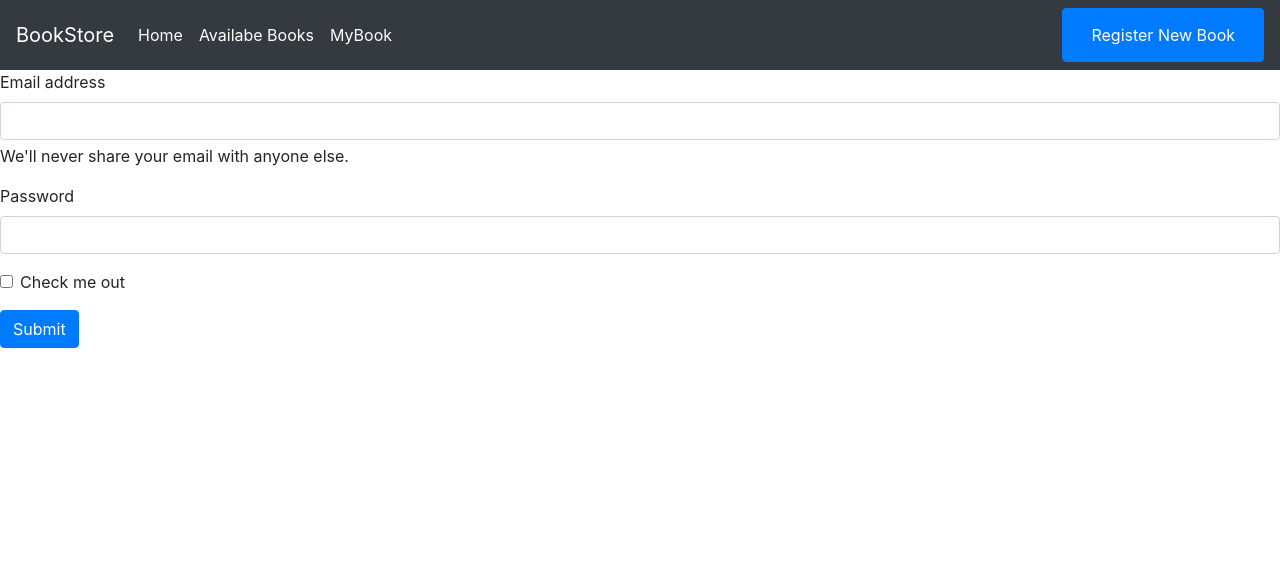
Repository: Sumanta-Sahoo/BookStoreApp
Page: http://localhost/bookEdit
The author's editor kept a copy of each file at every save. The page is drawn from the files as they stood at one save, then again after the next save.
The browser window is 1280 px wide. The pictures show the whole page.
The page is this project's Thymeleaf template; nobody is signed in. The template is opened directly, without the code that normally fills it, so the values that code supplies are empty.

Above is the page before, as saved 2024-03-15 11:40:51.

### bookstore/src/main/resources/templates/bookEdit.html
<!doctype html>
<html lang="en">

<head>
	<!-- Required meta tags -->
	<meta charset="utf-8">
	<meta name="viewport" content="width=device-width, initial-scale=1, shrink-to-fit=no">

	<!-- Bootstrap CSS -->
	<link rel="stylesheet" href="https://cdn.jsdelivr.net/npm/bootstrap@4.4.1/dist/css/bootstrap.min.css"
		integrity="sha384-Vkoo8x4CGsO3+Hhxv8T/Q5PaXtkKtu6ug5TOeNV6gBiFeWPGFN9MuhOf23Q9Ifjh" crossorigin="anonymous">

	<title>BookStore</title>
</head>

<body>
	<nav class="navbar navbar-expand-lg navbar-light bg-dark">
		<a class="navbar-brand text-white" href="#">BookStore</a>
		<button class="navbar-toggler" type="button" data-toggle="collapse" data-target="#navbarSupportedContent"
			aria-controls="navbarSupportedContent" aria-expanded="false" aria-label="Toggle navigation">
			<span class="navbar-toggler-icon"></span>
		</button>

		<div class="collapse navbar-collapse" id="navbarSupportedContent">
			<ul class="navbar-nav mr-auto">
				<li class="nav-item active">
					<a class="nav-link text-white" href="#">Home<span class="sr-only">(current)</span></a>
				</li>
				<li class="nav-item">
					<a class="nav-link text-white" href="availabe_books">Availabe Books</a>
				</li>
				<li class="nav-item">
					<a class="nav-link text-white" href="my_books">MyBook</a>
				</li>
			</ul>
			<div>
				<button type="button" class="btn btn-primary"><a class="nav-link text-white"
						href="bookRegister">Register New Book</a></button>
			</div>

		</div>
	</nav>

	<div class="">
		<form>
			<div class="mb-3">
				<label for="exampleInputEmail1" class="form-label">Email address</label>
				<input type="email" class="form-control" id="exampleInputEmail1" aria-describedby="emailHelp">
				<div id="emailHelp" class="form-text">We'll never share your email with anyone else.</div>
			</div>
			<div class="mb-3">
				<label for="exampleInputPassword1" class="form-label">Password</label>
				<input type="password" class="form-control" id="exampleInputPassword1">
			</div>
			<div class="mb-3 form-check">
				<input type="checkbox" class="form-check-input" id="exampleCheck1">
				<label class="form-check-label" for="exampleCheck1">Check me out</label>
			</div>
			<button type="submit" class="btn btn-primary">Submit</button>
		</form>
	</div>
	<!--
	<form>
		<div class="form-group">
			<label for="exampleInputEmail1">Email address</label>
			<input type="email" class="form-control" id="exampleInputEmail1" aria-describedby="emailHelp"
				placeholder="Enter email">
			<small id="emailHelp" class="form-text text-muted">We'll never share your email with anyone else.</small>
		</div>
		<div class="form-group">
			<label for="exampleInputPassword1">Password</label>
			<input type="password" class="form-control" id="exampleInputPassword1" placeholder="Password">
		</div>
		<div class="form-check">
			<input type="checkbox" class="form-check-input" id="exampleCheck1">
			<label class="form-check-label" for="exampleCheck1">Check me out</label>
		</div>
		<button type="submit" class="btn btn-primary">Submit</button>
	</form> -->

	<!-- Optional JavaScript -->
	<!-- jQuery first, then Popper.js, then Bootstrap JS -->
	<script src="https://code.jquery.com/jquery-3.4.1.slim.min.js"
		integrity="sha384-J6qa4849blE2+poT4WnyKhv5vZF5SrPo0iEjwBvKU7imGFAV0wwj1yYfoRSJoZ+n"
		crossorigin="anonymous"></script>
	<script src="https://cdn.jsdelivr.net/npm/popper.js@1.16.0/dist/umd/popper.min.js"
		integrity="sha384-Q6E9RHvbIyZFJoft+2mJbHaEWldlvI9IOYy5n3zV9zzTtmI3UksdQRVvoxMfooAo"
		crossorigin="anonymous"></script>
	<script src="https://cdn.jsdelivr.net/npm/bootstrap@4.4.1/dist/js/bootstrap.min.js"
		integrity="sha384-wfSDF2E50Y2D1uUdj0O3uMBJnjuUD4Ih7YwaYd1iqfktj0Uod8GCExl3Og8ifwB6"
		crossorigin="anonymous"></script>
</body>

</html>

After the next save:
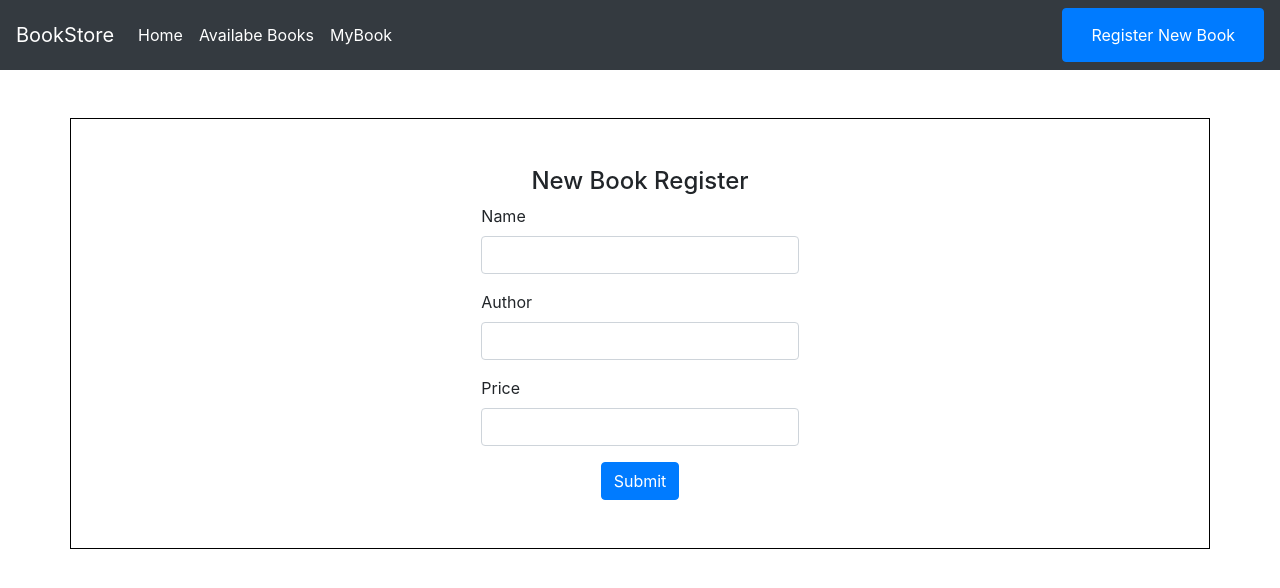
Saved 60 s later.
--- a/bookstore/src/main/resources/templates/bookEdit.html
+++ b/bookstore/src/main/resources/templates/bookEdit.html
@@ -41,22 +41,24 @@
 		</div>
 	</nav>
 
-	<div class="">
-		<form>
+	<div class="container my-5 p-5" style="border:1px solid black;">
+		<h4 class="text-center">New Book Register</h4>
+		<form class="col-md-4 offset-md-4" th:action="@{/save}" method="post">
 			<div class="mb-3">
-				<label for="exampleInputEmail1" class="form-label">Email address</label>
-				<input type="email" class="form-control" id="exampleInputEmail1" aria-describedby="emailHelp">
-				<div id="emailHelp" class="form-text">We'll never share your email with anyone else.</div>
+				<label for="name" class="form-label">Name
+					</label> <input type="text" class="form-control" name="name">
+			</div>
+
+			<div class="mb-3">
+				<label for="author" class="form-label">Author
+					</label> <input type="text" class="form-control" name="author">
 			</div>
 			<div class="mb-3">
-				<label for="exampleInputPassword1" class="form-label">Password</label>
-				<input type="password" class="form-control" id="exampleInputPassword1">
+				<label for="price" class="form-label">Price
+					</label> <input type="text" class="form-control" name="price">
 			</div>
-			<div class="mb-3 form-check">
-				<input type="checkbox" class="form-check-input" id="exampleCheck1">
-				<label class="form-check-label" for="exampleCheck1">Check me out</label>
-			</div>
-			<button type="submit" class="btn btn-primary">Submit</button>
+
+			<center><button type="submit" class="btn btn-primary">Submit</button></center>
 		</form>
 	</div>
 	<!--
